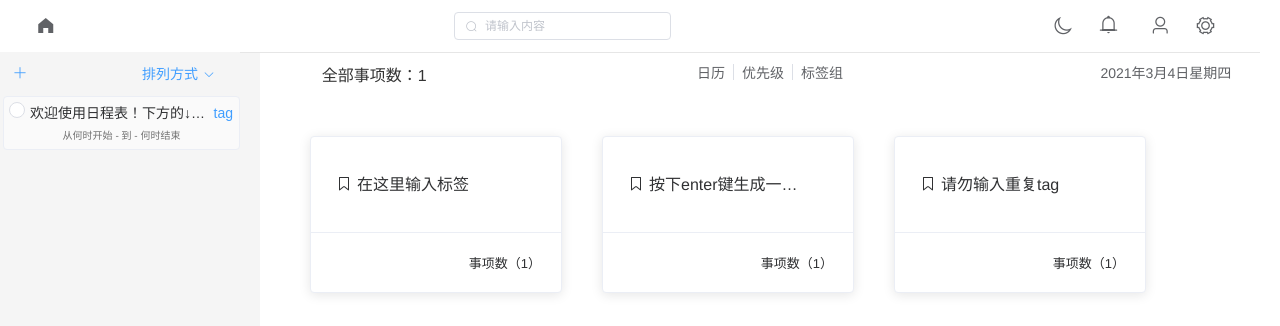
Repository: sierra0114/project01
Page: /#/tags
The author's editor kept a copy of each file at every save. The page is drawn from the files as they stood at one save, then again after the next save.
The browser window is 1280 px wide. The pictures show the whole page.
The project was rebuilt for these pictures with package versions that can differ from the ones it lists, and the page was loaded fresh each time. Also part of the build but not shown: vue.config.js, src/components/Approaching.vue, src/components/Expired.vue, src/components/System.vue, src/components/Calendar.vue, src/components/User.vue, src/components/Login.vue, src/components/Register.vue and 2 more.

Above is the page before, as saved 2021-03-04 00:32:51.

After the next save:
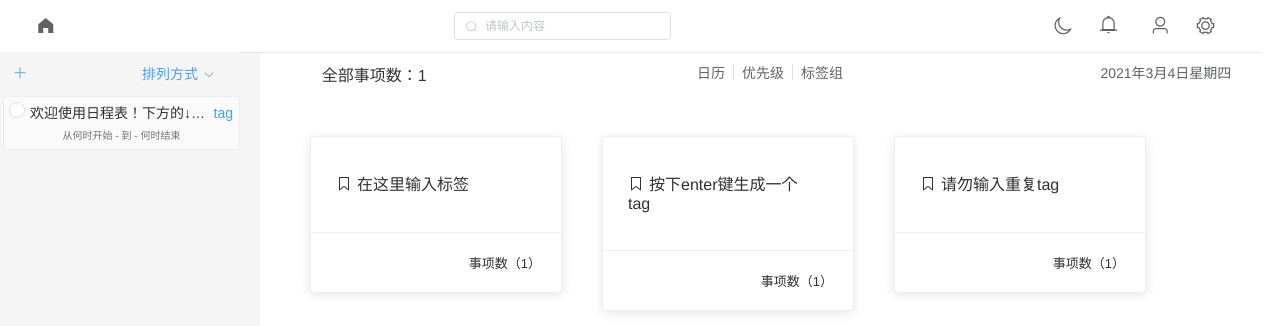
Saved 17 s later.
--- a/src/components/Tags.vue
+++ b/src/components/Tags.vue
@@ -171,7 +171,6 @@ p {
   padding: 0 0 3px 5px;
   width: 180px;
   word-wrap: break-word;
-  display: -webkit-box;
   -webkit-box-orient: vertical;
   /* 超过几行文字会被省略
    */

After the 3 saves that followed:
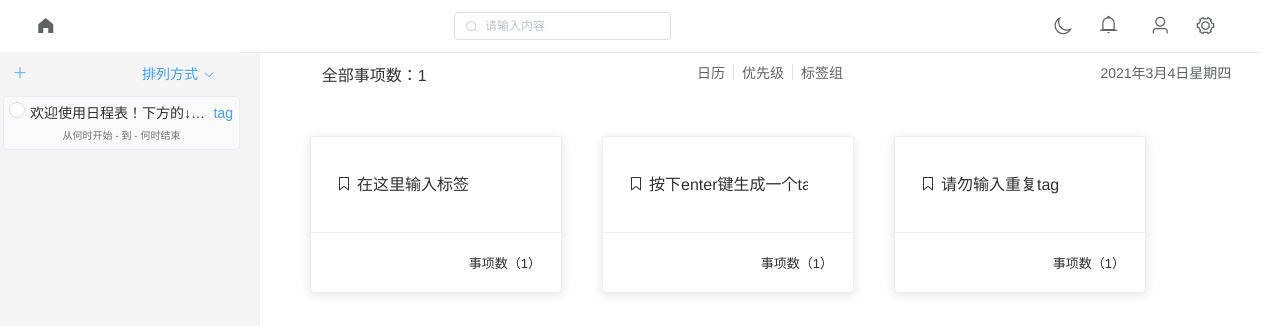
The 3 saves are shown as one change because 1 did not build or start and 1 left the picture as it was.
The last was saved 27 s later.
--- a/src/components/Tags.vue
+++ b/src/components/Tags.vue
@@ -168,6 +168,7 @@ export default {
   margin: 20px;
 }
 p {
+  white-space: nowrap;
   padding: 0 0 3px 5px;
   width: 180px;
   word-wrap: break-word;
